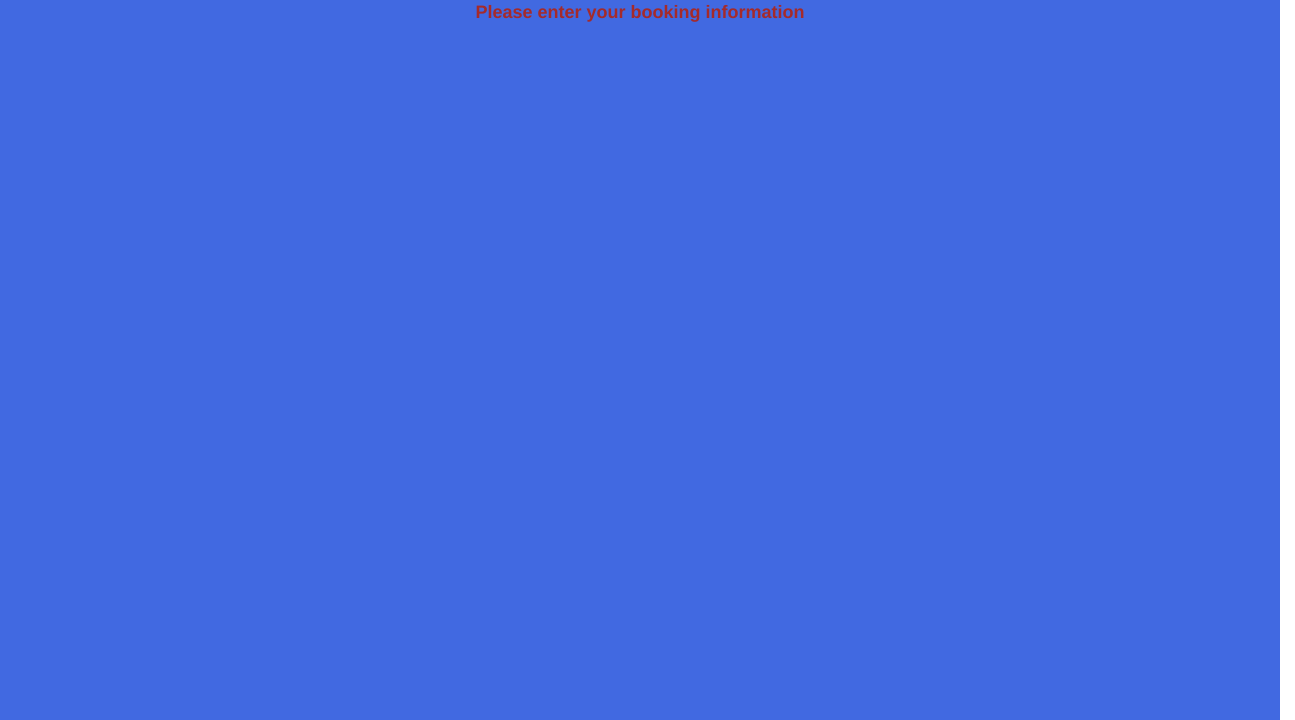
Repository: Shenba-Ps/Jsp-Servlet-B
Page: http://localhost/Test/Booking.jsp
The author's editor kept a copy of each file at every save. The page is drawn from the files as they stood at one save, then again after the next save.
The browser window is 1280 px wide. The page is 1295 px wide, so the pictures cover 1295 px, including what lies to the right of the window. The pictures show the whole page.
The page is served by Tomcat 9. Other server files are loaded and not shown.

Above is the page before, as saved 2023-06-15 13:05:39.

### Test/src/main/webapp/Booking.jsp
<!DOCTYPE HTML><%@page language="java"
	contentType="text/html; charset=ISO-8859-1" pageEncoding="ISO-8859-1"%>
<html>
<head>
<title>Booking</title>
<meta http-equiv="Content-Type" content="text/html; charset=ISO-8859-1">
<link rel="stylesheet" href="Plugins/Boostrap.css">
<link rel="stylesheet" href="Script/Common.css">
<script src="Plugins/jQuery.js"></script>
<script src="Plugins/bootstrap.js"></script>
<script src="Script/Booking.js"></script>
</head>
<body>
	<div style="height: 100vh; background-color: #4169E1;">
		<div>
			<div class="Title form-group" style="text-align: center;">Please
				enter your booking information</div>
			<div class="row">
				<div class="col-md-12"></div>
			</div>
		</div>
		<!-- Modal -->
		<div class="modal fade" data-backdrop="static" id="mdlCustomerDetail"
			role="dialog">
			<div class="modal-dialog" style="width: 70%;">
				<!-- Modal content-->
				<div class="modal-content">
					<div class="modal-body">
						<div class="Title form-group" style="text-align: center;">Please
							enter your booking information</div>
						<div class="row form-group">
							<div class="col-xs-3 RightAlign">
								<label>Name</label>
							</div>
							<div class="col-xs-6">
								<input class="form-control" type="text" id="idName"
									name="nmName">
								<div class="ControlErrorMessage" id="errName"></div>
							</div>
						</div>
						<div class="row form-group">
							<div class="col-xs-3 RightAlign">
								<label>Address</label>
							</div>
							<div class="col-xs-6">
								<textarea class="form-control" id="idAddress" name="nmAddress"></textarea>
								<div class="ControlErrorMessage" id="errAddress"></div>
							</div>
						</div>
						<div class="row form-group">
							<div class="col-xs-3 RightAlign">
								<label>NRIC</label>
							</div>
							<div class="col-xs-6">
								<input class="form-control" type="text" id="idNRIC"
									name="nmNRIC">
								<div class="ControlErrorMessage" id="errNRIC"></div>
							</div>
						</div>
						<div class="row form-group">
							<div class="col-xs-3 RightAlign">
								<label>Usage Trade</label>
							</div>
							<div class="col-xs-6">
								<select class="form-control" name="UsageTrade" id="idUsageTrade">
									<option value="Credit Card Promotion">Credit Card
										Promotion</option>
									<option value="F&B">F&B</option>
									<option value="Hairdressing">Hairdressing</option>
									<option value="Clothing">Clothing</option>
									<option value="Others">Others</option>
								</select>
								<div class="ControlErrorMessage" id="errUserTrade"></div>
							</div>
						</div>
						<div class="row form-group">
							<div class="col-xs-3 RightAlign">
								<label>Others</label>
							</div>
							<div class="col-xs-6">
								<input class="form-control" type="text" id="idOthers"
									name="nmOthers">
								<div class="ControlErrorMessage" id="errOthers"></div>
							</div>
						</div>
						<div class="row form-group">
							<div class="col-xs-3 RightAlign">
								<label>Email</label>
							</div>
							<div class="col-xs-6">
								<input class="form-control" type="text" id="idEmail"
									name="nmEmail">
								<div class="ControlErrorMessage" id="errEmail"></div>
							</div>
						</div>
						<div class="row form-group">
							<div class="col-xs-3 RightAlign">
								<label>Home</label>
							</div>
							<div class="col-xs-6">
								<input class="form-control PhoneNumber" type="text"
									id="idHomeTel" name="nmHome" maxlength="8">
								<div class="ControlErrorMessage" id="errHomeTel"></div>
							</div>
						</div>
						<div class="row form-group">
							<div class="col-xs-3 RightAlign">
								<label>Office</label>
							</div>
							<div class="col-xs-6">
								<input class="form-control PhoneNumber" type="text"
									id="idOfficeTel" name="nmOffice" maxlength="8">
								<div class="ControlErrorMessage" id="errOfficeTel"></div>
							</div>
						</div>
						<div class="row form-group">
							<div class="col-xs-3 RightAlign">
								<label>Mobile</label>
							</div>
							<div class="col-xs-6">
								<input class="form-control PhoneNumber" type="text"
									id="idMobile" name="nmMobile" maxlength="8">
								<div class="ControlErrorMessage" id="errMobile"></div>
							</div>
						</div>
						<div class="row form-group">
							<div class="col-xs-3 RightAlign">
								<label>Booking Date</label>
							</div>
							<div class="col-xs-6">
								<input class="form-control" type="date" id="idBookingDate"
									name="nmBookingDate">
								<div class="ControlErrorMessage" id="errBookingDate"></div>
							</div>
						</div>
					</div>
					<div class="modal-footer">
						<button type="button" class="btn btn-primary"
							onclick="onclickBookSlot()">Book Slot</button>
						<button type="button" class="btn btn-primary" id="btnBookSlot"
							style="display: none;"></button>
						<div class="ControlErrorMessage" id="errBookingSlot"></div>
					</div>
				</div>
			</div>
		</div>
	</div>
</body>
</html>

### Test/src/main/webapp/Script/Common.css
.Title {
	font-size: 18px;
	color: brown;
	font-weight: bold;
}

.RightAlign {
	text-align: center;
}

.ControlError {
	border: 2px solid red;
}

.ControlErrorMessage {
	color: red;
	font-weight: 600;
}

### Test/src/main/webapp/Script/Booking.js
$(function() {
	//OpenCustomerDetail();
});

function OpenCustomerDetail() {
	$('#mdlCustomerDetail').modal('show');
}

function onclickBookSlot() {
	$('#idName').removeClass("ControlError");
	$('#errName').hide();
	$('#idAddress').removeClass("ControlError");
	$('#errAddress').hide();
	$('#idNRIC').removeClass("ControlError");
	$('#errNRIC').hide();
	$('#idUsageTrade').removeClass("ControlError");
	$('#errUsageTrade').hide();
	$('#idOthers').removeClass("ControlError");
	$('#errOthers').hide();
	$('#idEmail').removeClass("ControlError");
	$('#errEmail').hide();
	$('#idHomeTel').removeClass("ControlError");
	$('#errHomeTel').hide();
	$('#idNOfficeTel').removeClass("ControlError");
	$('#errOfficeTel').hide();
	$('#idMobile').removeClass("ControlError");
	$('#errMobile').hide();
	$('#idBookingDate').removeClass("ControlError");
	$('#errBookingDate').hide();
	if ($('#idName').val() == "") {
		$('#idName').addClass("ControlError");
		$('#errName').html("* Please enter your name");
		$('#errName').show();
	}
	if ($('#idAddress').val() == "") {
		$('#idAddress').addClass("ControlError");
		$('#errAddress').html("* Please enter your address");
		$('#errAddress').show();
	}
	if ($('#idNRIC').val() == "") {
		$('#idNRIC').addClass("ControlError");
		$('#errNRIC').html("* Please enter your NRIC");
		$('#errNRIC').show();
	}
	if ($('#idUsageTrade').val() == "") {
		$('#idUsageTrade').addClass("ControlError");
		$('#errUsageTrade').html("* Please select usage trade");
		$('#errUsageTrade').show();
	}
	if ($('#idOthers').val() == "") {
		$('#idOthers').addClass("ControlError");
		$('#errOthers').html("* Please enter usage trade details");
		$('#errOthers').show();
	}
	if ($('#idEmail').val() == "") {
		$('#idEmail').addClass("ControlError");
		$('#errEmail').html("* Please enter your email");
		$('#errEmail').show();
	}
	if ($('#idHomeTel').val() == "") {
		$('#idHomeTel').addClass("ControlError");
		$('#errHomeTel').html("* Please enter your home number");
		$('#errHomeTel').show();
	}
	if ($('#idOfficeTel').val() == "") {
		$('#idOfficeTel').addClass("ControlError");
		$('#errOfficeTel').html("* Please enter your office number");
		$('#errOfficeTel').show();
	}
	if ($('#idMobile').val() == "") {
		$('#idMobile').addClass("ControlError");
		$('#errMobile').html("* Please enter your mobile number");
		$('#errMobile').show();
	}
	if ($('#idBookingDate').val() == "") {
		$('#idBookingDate').addClass("ControlError");
		$('#errBookingDate').html("* Please select booking date");
		$('#errBookingDate').show();
	}
}

Loaded but not shown: Test/src/main/webapp/Plugins/Boostrap.css (library); Test/src/main/webapp/Plugins/jQuery.js (library); Test/src/main/webapp/Plugins/bootstrap.js (library)

After the next save:
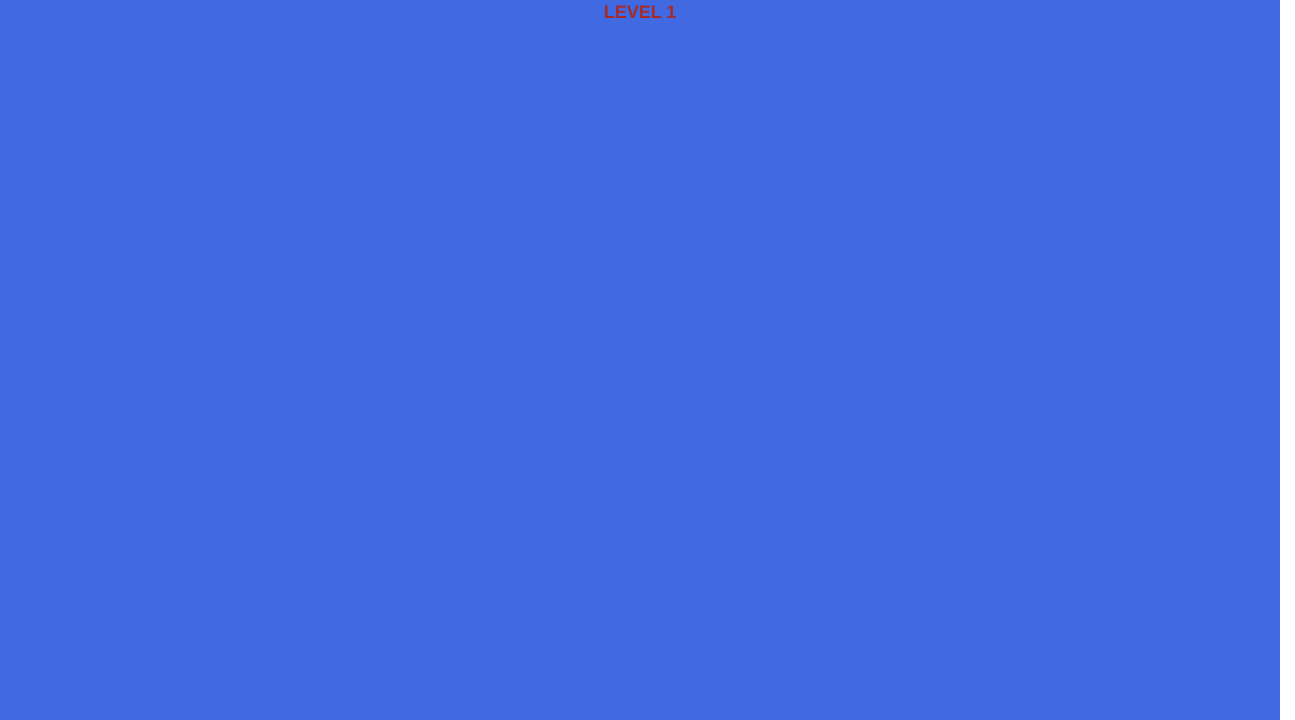
Saved 13 s later.
--- a/Test/src/main/webapp/Booking.jsp
+++ b/Test/src/main/webapp/Booking.jsp
@@ -13,8 +13,7 @@
 <body>
 	<div style="height: 100vh; background-color: #4169E1;">
 		<div>
-			<div class="Title form-group" style="text-align: center;">Please
-				enter your booking information</div>
+			<div class="Title form-group" style="text-align: center;">LEVEL 1</div>
 			<div class="row">
 				<div class="col-md-12"></div>
 			</div>
